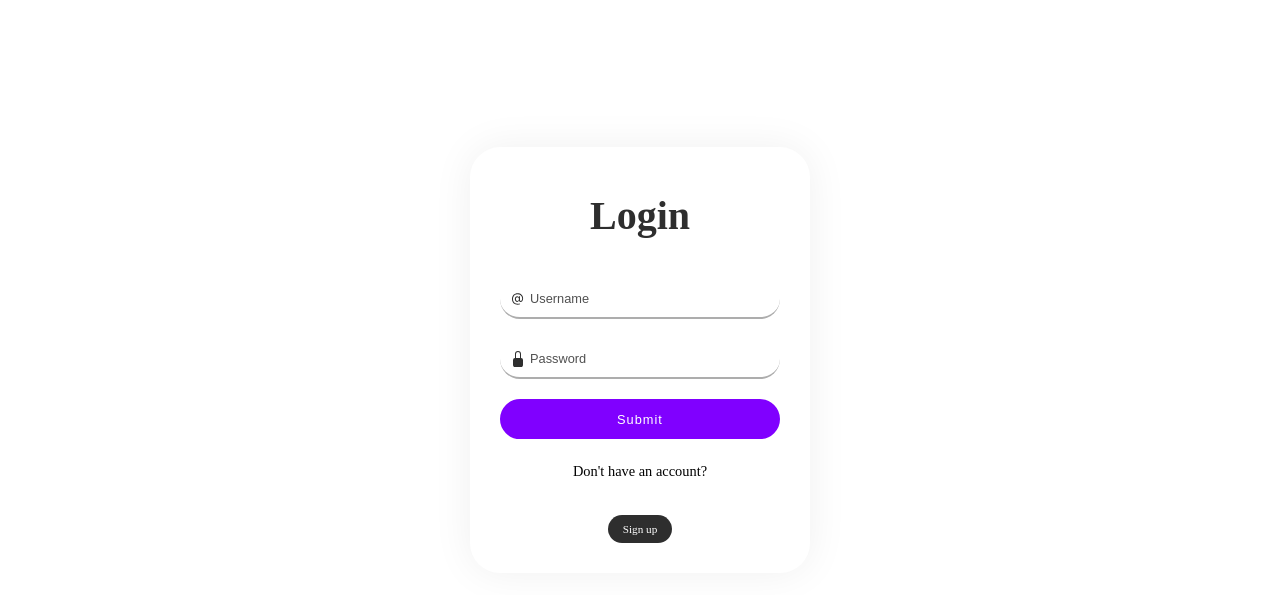
Repository: sharmisthak16/Student-Assignment
Page: / (app in my-project/)
These files come from the project's save history. The page is drawn as it stood at one moment and after the next save; the edit follows.
The browser window is 1280 px wide. The pictures show the whole page.
The project was rebuilt for these pictures with package versions that can differ from the ones it lists, and the page was loaded fresh each time. Also part of the build but not shown: my-project/vite.config.js, my-project/src/index.css, my-project/src/components/Dashboard.jsx.

Above is the page before, as saved 2025-01-30 12:02:54.

### my-project/index.html
<!doctype html>
<html lang="en">
  <head>
    <meta charset="UTF-8" />

    <meta name="viewport" content="width=device-width, initial-scale=1.0" />
    <title>Assignment</title>
  </head>
  <body>
    <div id="root"></div>
    <script type="module" src="/src/main.jsx"></script>
  </body>
</html>

### my-project/src/App.jsx
import React from 'react';
import { BrowserRouter as Router, Route, Routes } from 'react-router-dom'; // Use Routes instead of Switch
import LoginForm from './components/LoginForm';
import Dashboard from './components/Dashboard'; // Create this component for the dashboard page

function App() {
  return (
    <Router>
      <Routes>
        <Route path="/" element={<LoginForm />} /> {/* Use element instead of component */}
        <Route path="/dashboard" element={<Dashboard />} /> {/* Use element instead of component */}
      </Routes>
    </Router>
  );
}

export default App;

### my-project/src/components/LoginForm.jsx
// LoginForm.jsx

import React, { useState } from 'react';
import { useNavigate } from 'react-router-dom'; // Import useNavigate from react-router-dom
import { auth, signInWithEmailAndPassword } from '../components/firebase'; // Import Firebase auth functions
import { toast } from 'react-toastify'; // Import toast for notifications
import './LoginForm.css'; // Import custom styles

const LoginForm = () => {
  const [username, setUsername] = useState(''); // State to hold username (email)
  const [password, setPassword] = useState(''); // State to hold password
  const navigate = useNavigate(); // Initialize navigate function

  // Handle form submission
  const handleSubmit = async (e) => {
    e.preventDefault();

    // Email validation regex
    const emailPattern = /^[a-zA-Z0-9._-]+@[a-zA-Z0-9.-]+\.[a-zA-Z]{2,6}$/;
    if (!emailPattern.test(username)) {
      toast.error("Please enter a valid email address.");
      return;
    }

    try {
      // Attempt to sign in with the provided email and password
      const userCredential = await signInWithEmailAndPassword(auth, username, password);
      console.log('User logged in:', userCredential.user);
      toast.success('Login Successful!');
      navigate('/dashboard'); // Navigate to dashboard on successful login
    } catch (error) {
      console.error("Error during login:", error.message);
      toast.error('Login Failed! Please check your credentials.');
    }
  };

  return (
    <form className="form_main" onSubmit={handleSubmit}>
      <p className="heading">Login</p>

      <div className="inputContainer">
        <svg
          viewBox="0 0 16 16"
          fill="#2e2e2e"
          height="16"
          width="16"
          xmlns="http://www.w3.org/2000/svg"
          className="inputIcon"
        >
          <path d="M13.106 7.222c0-2.967-2.249-5.032-5.482-5.032-3.35 0-5.646 2.318-5.646 5.702 0 3.493 2.235 5.708 5.762 5.708.862 0 1.689-.123 2.304-.335v-.862c-.43.199-1.354.328-2.29.328-2.926 0-4.813-1.88-4.813-4.798 0-2.844 1.921-4.881 4.594-4.881 2.735 0 4.608 1.688 4.608 4.156 0 1.682-.554 2.769-1.416 2.769-.492 0-.772-.28-.772-.76V5.206H8.923v.834h-.11c-.266-.595-.881-.964-1.6-.964-1.4 0-2.378 1.162-2.378 2.823 0 1.737.957 2.906 2.379 2.906.8 0 1.415-.39 1.709-1.087h.11c.081.67.703 1.148 1.503 1.148 1.572 0 2.57-1.415 2.57-3.643zm-7.177.704c0-1.197.54-1.907 1.456-1.907.93 0 1.524.738 1.524 1.907S8.308 9.84 7.371 9.84c-.895 0-1.442-.725-1.442-1.914z"></path>
        </svg>
        <input
          placeholder="Username"
          id="username"
          className="inputField"
          type="text"
          value={username}
          onChange={(e) => setUsername(e.target.value)}
        />
      </div>

      <div className="inputContainer">
        <svg
          viewBox="0 0 16 16"
          fill="#2e2e2e"
          height="16"
          width="16"
          xmlns="http://www.w3.org/2000/svg"
          className="inputIcon"
        >
          <path d="M8 1a2 2 0 0 1 2 2v4H6V3a2 2 0 0 1 2-2zm3 6V3a3 3 0 0 0-6 0v4a2 2 0 0 0-2 2v5a2 2 0 0 0 2 2h6a2 2 0 0 0 2-2V9a2 2 0 0 0-2-2z"></path>
        </svg>
        <input
          placeholder="Password"
          id="password"
          className="inputField"
          type="password"
          value={password}
          onChange={(e) => setPassword(e.target.value)}
        />
      </div>

      <button id="button" type="submit">
        Submit
      </button>
      <div className="signupContainer">
        <p>Don't have an account?</p>
        <a href="#">Sign up</a>
      </div>
    </form>
  );
};

export default LoginForm;

### my-project/src/components/firebase.js
// firebase.js

import { initializeApp } from "firebase/app";
import { getAuth, signInWithEmailAndPassword } from "firebase/auth"; // Import auth functions from firebase/auth

// Your Firebase config
const firebaseConfig = {
    apiKey: "AIzaSyBbJ0LWJOG7xecQUhc7-0NGPvu33pYSSAg",
  authDomain: "assignment-f6a48.firebaseapp.com",
  projectId: "assignment-f6a48",
  storageBucket: "assignment-f6a48.firebasestorage.app",
  messagingSenderId: "801572322432",
  appId: "1:801572322432:web:b56f932b3f50b6140f7a65",
  measurementId: "G-SBG6GTP1V2"
};

// Initialize Firebase
const app = initializeApp(firebaseConfig);
const auth = getAuth(app); // Get auth instance

// Export auth and signInWithEmailAndPassword
export { auth, signInWithEmailAndPassword };

### my-project/src/components/LoginForm.css
/* From Uiverse.io by vinodjangid07 */
.form_main {
    width: 280px;
    display: flex;
    flex-direction: column;
    align-items: center;
    justify-content: center;
    background-color: rgb(255, 255, 255);
    padding: 30px 30px 30px 30px;
    border-radius: 30px;
    box-shadow: 0px 0px 40px rgba(0, 0, 0, 0.062);
    position: absolute;
    top: 50%;
    left: 50%;
    transform: translate(-50%,-50%);
  }

  .heading {
    font-size: 2.5em;
    color: #2e2e2e;
    font-weight: 700;
    margin: 15px 0 30px 0;
  }

  .inputContainer {
    width: 100%;
    position: relative;
    display: flex;
    align-items: center;
    justify-content: center;
  }

  .inputIcon {
    position: absolute;
    left: 10px;
  }

  .inputField {
    width: 100%;
    height: 40px;
    background-color: transparent;
    border: none;
    border-bottom: 2px solid rgb(173, 173, 173);
    border-radius: 30px;
    margin: 10px 0;
    color: black;
    font-size: .8em;
    font-weight: 500;
    box-sizing: border-box;
    padding-left: 30px;
  }

  .inputField:focus {
    outline: none;
    border-bottom: 2px solid rgb(199, 114, 255);
  }

  .inputField::placeholder {
    color: rgb(80, 80, 80);
    font-size: 1em;
    font-weight: 500;
  }

  #button {
    position: relative;
    width: 100%;
    border: 2px solid #8000ff;
    background-color: #8000ff;
    height: 40px;
    color: white;
    font-size: .8em;
    font-weight: 500;
    letter-spacing: 1px;
    border-radius: 30px;
    margin: 10px;
    cursor: pointer;
    overflow: hidden;
  }

  #button::after {
    content: "";
    position: absolute;
    background-color: rgba(255, 255, 255, 0.253);
    height: 100%;
    width: 150px;
    top: 0;
    left: -200px;
    border-bottom-right-radius: 100px;
    border-top-left-radius: 100px;
    filter: blur(10px);
    transition-duration: .5s;
  }

  #button:hover::after {
    transform: translateX(600px);
    transition-duration: .5s;
  }

  .signupContainer {
    margin: 0;
    display: flex;
    flex-direction: column;
    align-items: center;
    justify-content: center;
    gap: 20px;
  }

  .signupContainer p {
    font-size: .9em;
    font-weight: 500;
    color: black;
  }

  .signupContainer a {
    font-size: .7em;
    font-weight: 500;
    background-color: #2e2e2e;
    color: white;
    text-decoration: none;
    padding: 8px 15px;
    border-radius: 20px;
  }

Loaded but not shown: my-project/src/main.jsx (common file)

After the next save:
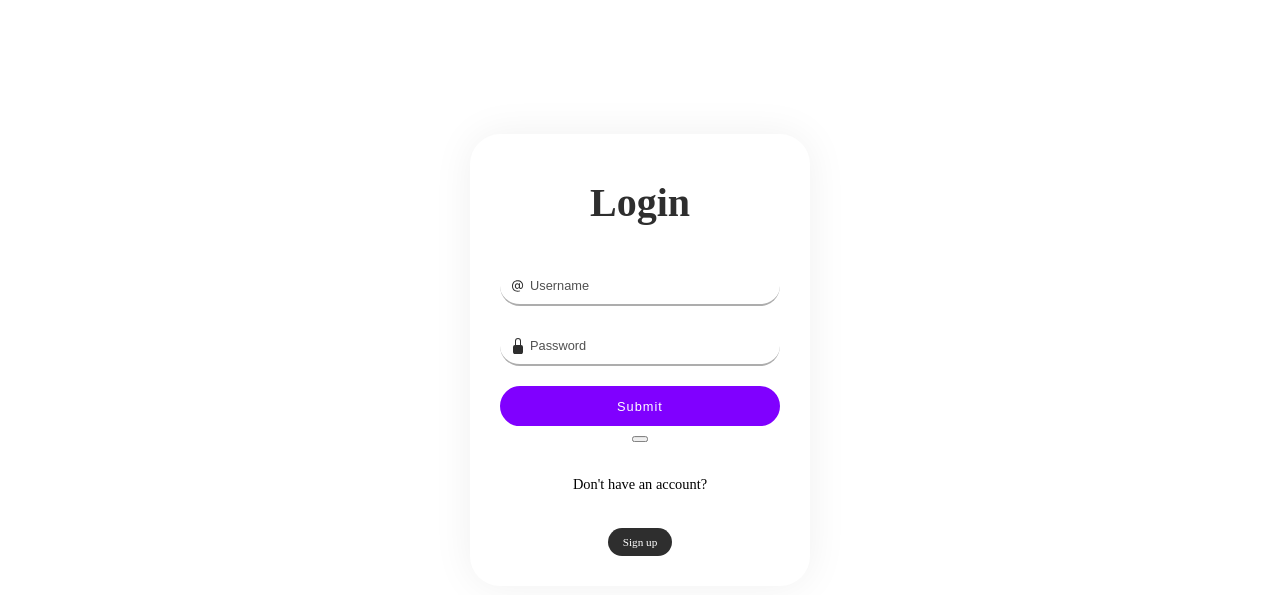
Saved 114 s later.
--- a/my-project/src/components/LoginForm.jsx
+++ b/my-project/src/components/LoginForm.jsx
@@ -84,7 +84,7 @@ const LoginForm = () => {
         Submit
       </button>
       <div className="signupContainer">
-        <p>Don't have an account?</p>
+        <button></button><p>Don't have an account?</p>
         <a href="#">Sign up</a>
       </div>
     </form>
